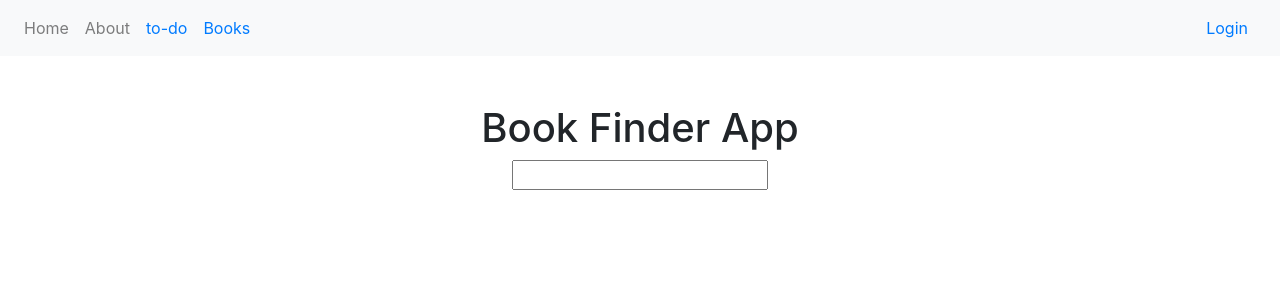
Repository: omniabadry/react-test
Page: /Books
These files come from the project's save history. The page is drawn as it stood at one moment and after the next save; the edit follows.
The browser window is 1280 px wide. The pictures show the whole page.
The page's requests for data from a server got no answer. The project was rebuilt for these pictures with package versions that can differ from the ones it lists, and the page was loaded fresh each time. No one was signed in, and anything a server would have sent is missing.

Above is the page before, as saved 2021-02-09 13:49:08.

After the next save:
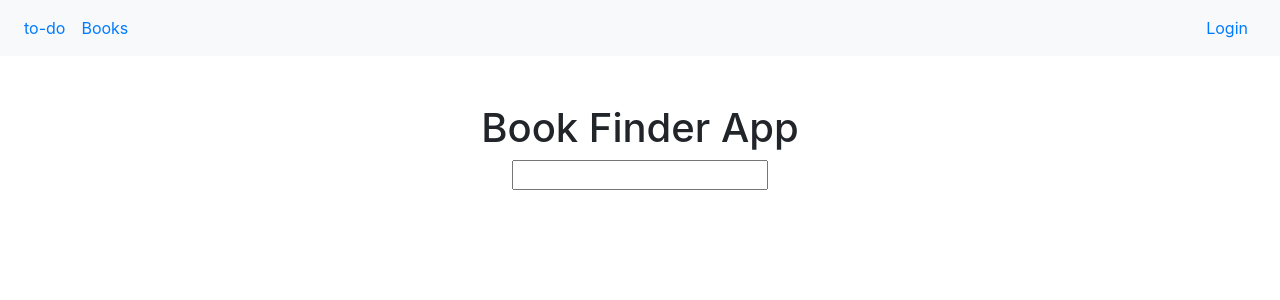
Saved 2 min 12 s later.
--- a/src/App.js
+++ b/src/App.js
@@ -22,12 +22,6 @@ function App() {
         <Collapse isOpen={isOpen} navbar>
           <Nav className="mr-auto" navbar>
             <NavItem>
-              <NavLink href="#">Home</NavLink>
-            </NavItem>
-            <NavItem>
-              <NavLink href="#">About</NavLink>
-            </NavItem>
-            <NavItem>
               <NavLink><Link to="/ToDo">to-do</Link></NavLink>
             </NavItem>
             <NavItem>
